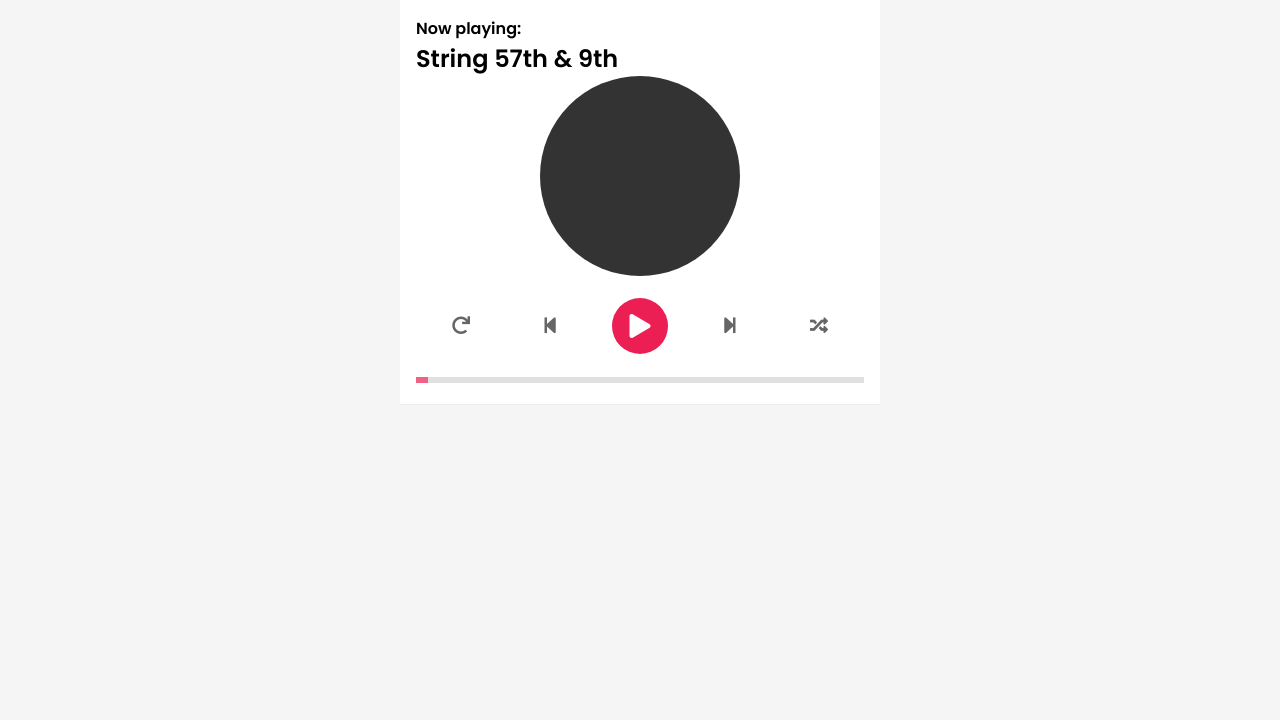
Repository: MinhNhatIT2901/Mp3-clon
Page: index.html
The author's editor kept a copy of each file at every save. The page is drawn from the files as they stood at one save, then again after the next save.
The browser window is 1280 px wide. The pictures show the whole page.

Above is the page before, as saved 2022-01-01 16:53:01.

### index.html
<!DOCTYPE html>
<html lang="en">
<head>
    <meta charset="UTF-8">
    <meta http-equiv="X-UA-Compatible" content="IE=edge">
    <meta name="viewport" content="width=device-width, initial-scale=1.0">
    <title>Document</title>
    <link rel="stylesheet" href="./asset/css/app.css">
    <link rel="stylesheet" href="https://cdnjs.cloudflare.com/ajax/libs/font-awesome/5.15.2/css/all.min.css" integrity="sha512-HK5fgLBL+xu6dm/Ii3z4xhlSUyZgTT9tuc/hSrtw6uzJOvgRr2a9jyxxT1ely+B+xFAmJKVSTbpM/CuL7qxO8w==" crossorigin="anonymous" />
    <link rel="preconnect" href="https://fonts.gstatic.com">
    <link href="https://fonts.googleapis.com/css2?family=Poppins:wght@300;400;600&display=swap" rel="stylesheet">
</head>
<body>
    <div class="player">
        <div class="dashboard">
            <div class="header">
                <h4>Now playing:</h4>
                <h2>String 57th & 9th</h2>
            </div>

            <div class="cd">
                <div class="cd-thumb">
                </div>
            </div>

            <div class="control">
                <div class="btn btn-repeat">
                    <i class="fas fa-redo"></i>
                </div>
                <div class="btn btn-prev">
                    <i class="fas fa-step-backward"></i>
                </div>
                <div class="btn btn-toggle-play">
                    <i class="fas fa-pause icon-pause"></i>
                    <i class="fas fa-play icon-play"></i>
                </div>
                <div class="btn btn-next">
                    <i class="fas fa-step-forward"></i>
                </div>
                <div class="btn btn-random">
                    <i class="fas fa-random"></i>
                </div>
            </div>

            <input id="progress" class="progress" type="range" value="0" step="1" min="0" max="100">
            <audio id="audio" src=""></audio>
        </div>

        <div class="playlist">
        </div>
    </div>
</body>
    <script src="./asset/css/app.js"></script>
</html>

### asset/css/app.css
:root {
  --primary-color: #ec1f55;
  --text-color: #333;
}

* {
  padding: 0;
  margin: 0;
  box-sizing: inherit;
}

body {
  background-color: #f5f5f5;
}

html {
  box-sizing: border-box;
  font-family: "Poppins", sans-serif;
}

.player {
  position: relative;
  max-width: 480px;
  margin: 0 auto;
}

.player .icon-pause {
  display: none;
}

.player.playing .icon-pause {
  display: inline-block;
}

.player.playing .icon-play {
  display: none;
}

.dashboard {
  padding: 16px 16px 14px;
  background-color: #fff;
  position: fixed;
  top: 0;
  width: 100%;
  max-width: 480px;
  border-bottom: 1px solid #ebebeb;
}

/* HEADER */
header {
  text-align: center;
  margin-bottom: 10px;
}

header h4 {
  color: var(--primary-color);
  font-size: 12px;
}

header h2 {
  color: var(--text-color);
  font-size: 20px;
}

/* CD */
.cd {
  display: flex;
  margin: auto;
  width: 200px;
}

.cd-thumb {
  width: 100%;
  padding-top: 100%;
  border-radius: 50%;
  background-color: #333;
  background-size: cover;
  margin: auto;
}

/* CONTROL */
.control {
  display: flex;
  align-items: center;
  justify-content: space-around;
  padding: 18px 0 8px 0;
}

.control .btn {
  color: #666;
  padding: 18px;
  font-size: 18px;
}

.control .btn.active {
  color: var(--primary-color);
}

.control .btn-toggle-play {
  width: 56px;
  height: 56px;
  border-radius: 50%;
  font-size: 24px;
  color: #fff;
  display: flex;
  align-items: center;
  justify-content: center;
  background-color: var(--primary-color);
}

.progress {
  width: 100%;
  -webkit-appearance: none;
  height: 6px;
  background: #d3d3d3;
  outline: none;
  opacity: 0.7;
  -webkit-transition: 0.2s;
  transition: opacity 0.2s;
}

.progress::-webkit-slider-thumb {
  -webkit-appearance: none;
  appearance: none;
  width: 12px;
  height: 6px;
  background-color: var(--primary-color);
  cursor: pointer;
}

/* PLAYLIST */
.playlist {
  margin-top: 408px;
  padding: 12px;
}

.song {
  display: flex;
  align-items: center;
  margin-bottom: 12px;
  background-color: #fff;
  padding: 8px 16px;
  border-radius: 5px;
  box-shadow: 0 2px 3px rgba(0, 0, 0, 0.1);
}

.song.active {
  background-color: var(--primary-color);
}

.song:active {
  opacity: 0.8;
}

.song.active .option,
.song.active .author,
.song.active .title {
  color: #fff;
}

.song .thumb {
  width: 44px;
  height: 44px;
  border-radius: 50%;
  background-size: cover;
  margin: 0 8px;
}

.song .body {
  flex: 1;
  padding: 0 16px;
}

.song .title {
  font-size: 18px;
  color: var(--text-color);
}

.song .author {
  font-size: 12px;
  color: #999;
}

.song .option {
  padding: 16px 8px;
  color: #999;
  font-size: 18px;
}

### asset/css/app.js
const $ = document.querySelector.bind(document);
const $$ = document.querySelectorAll.bind(document);

const app = {
    songs: [
        {
            name: 'Holo',
            singer: 'Jonh',
            path: './asset/music/holo.mp3',
            image: './asset/img/img1.jpg'
        },
        {
            name: 'Home',
            singer: 'Jonh',
            path: './asset/music/home.mp3',
            image: './asset/img/img2.jpg'
        },
        {
            name: 'Summer',
            singer: 'Jonh',
            path: './asser/music/mp3_music_summer.mp3',
            image: './asset/img/img3.jpg'
        },
        {
            name: 'Spark',
            singer: 'Jonh',
            path: './asset/music/spark.mp3',
            image: './asset/img/img4.jpg'
        },
    ],
    render: function() {
        const htmls = this.songs.map(song => {
            return `
            div class="song">
                <div class="thumb" style="background-image: url('${song.image}')">
                </div>
                <div class="body">
                <h3 class="title">${song.name}/h3>
                <p class="author">${song.singer}</p>
                </div>
                <div class="option">
                <i class="fas fa-ellipsis-h"></i>
                </div>
            </div>
            `
        })
    },
    start: function() {
        this.render();
    }

}

app.start();

After the next save:
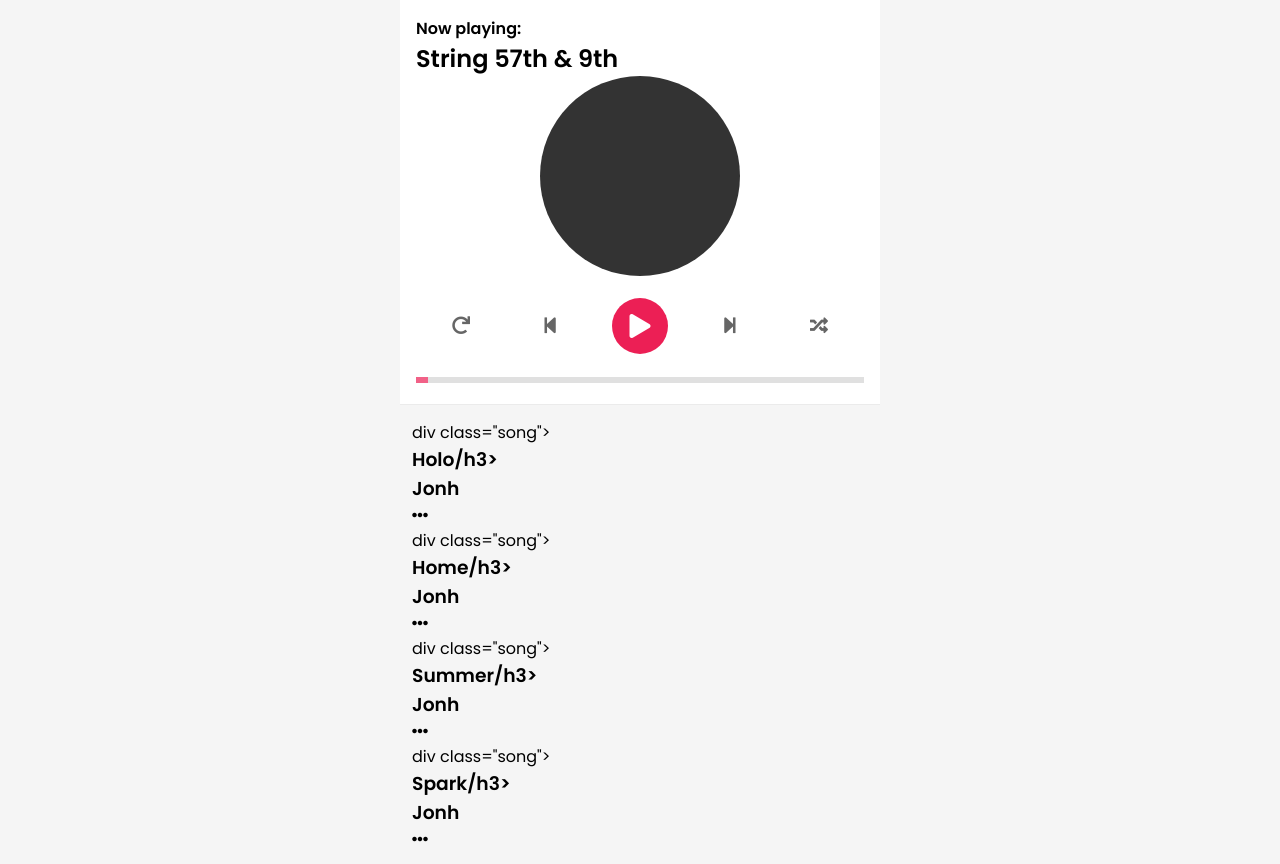
Saved 3 min 0 s later.
--- a/asset/css/app.js
+++ b/asset/css/app.js
@@ -44,6 +44,7 @@ const app = {
             </div>
             `
         })
+        $('.playlist').innerHTML = htmls.join('')
     },
     start: function() {
         this.render();
